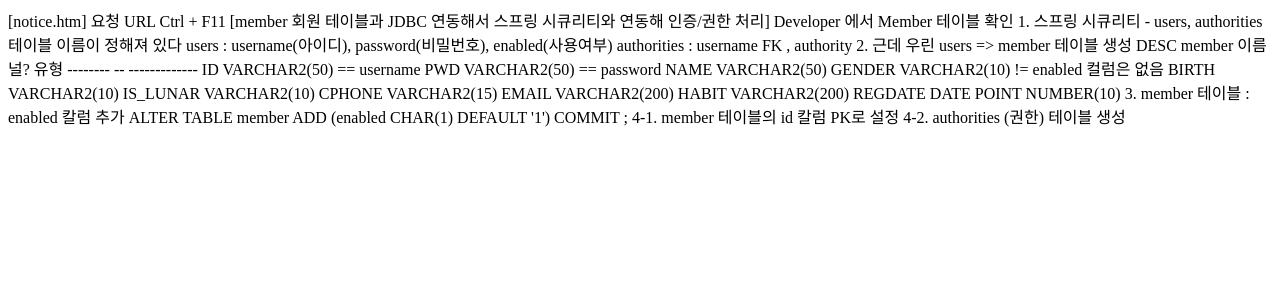
Repository: Vida0822/-
Page: SL11_SECURITY2_JDBC/src/main/webapp/customer/notice.htm
These files come from the project's save history. The page is drawn as it stood at one moment and after the next save; the edit follows.
The browser window is 1280 px wide. The pictures show the whole page.

Above is the page before, as saved 2023-07-05 00:36:21.

### SL11_SECURITY2_JDBC/src/main/webapp/customer/notice.htm
[notice.htm] 요청 URL
Ctrl + F11

[member 회원 테이블과 JDBC 연동해서 스프링 시큐리티와 연동해 인증/권한 처리]

 Developer 에서 Member 테이블 확인

1. 스프링 시큐리티 -  users, authorities 테이블 이름이 정해져 있다

	users : username(아이디), password(비밀번호), enabled(사용여부)
	authorities : username FK , authority


2. 근데 우린 users => member 테이블 생성

DESC member

이름       널? 유형
-------- -- -------------
ID          VARCHAR2(50)  				== username
PWD         VARCHAR2(50)  				== password
NAME        VARCHAR2(50)
GENDER      VARCHAR2(10)  			!= enabled 컬럼은 없음
BIRTH       VARCHAR2(10)
IS_LUNAR    VARCHAR2(10)
CPHONE      VARCHAR2(15)
EMAIL       VARCHAR2(200)
HABIT       VARCHAR2(200)
REGDATE     DATE
POINT       NUMBER(10)

3. member 테이블 : enabled 칼럼 추가
ALTER TABLE member
ADD (enabled CHAR(1) DEFAULT '1')
COMMIT ;

4-1. member 테이블의 id 칼럼 PK로 설정
4-2. authorities (권한) 테이블 생성

After the next save:
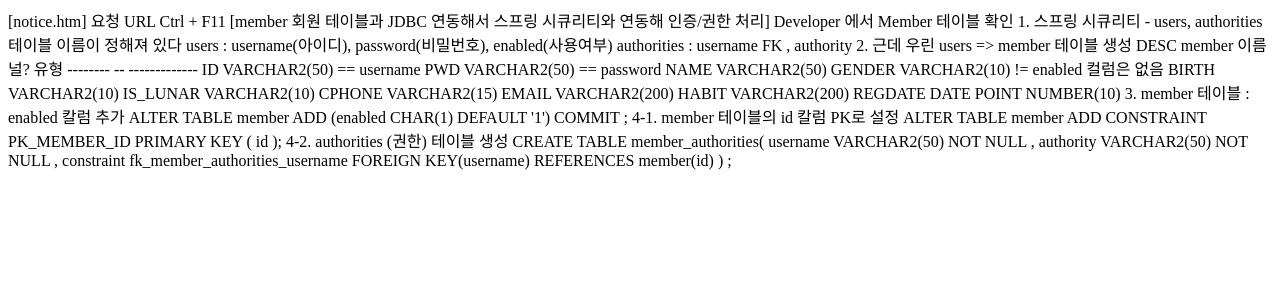
Saved 113 s later.
--- a/SL11_SECURITY2_JDBC/src/main/webapp/customer/notice.htm
+++ b/SL11_SECURITY2_JDBC/src/main/webapp/customer/notice.htm
@@ -35,4 +35,19 @@ ADD (enabled CHAR(1) DEFAULT '1')
 COMMIT ;
 
 4-1. member 테이블의 id 칼럼 PK로 설정
+ALTER TABLE member
+	ADD
+		CONSTRAINT PK_MEMBER_ID
+		PRIMARY KEY (
+			id
+		);
+
 4-2. authorities (권한) 테이블 생성
+
+CREATE TABLE member_authorities(
+    username VARCHAR2(50) NOT NULL
+    , authority VARCHAR2(50) NOT NULL
+    , constraint fk_member_authorities_username
+        FOREIGN KEY(username)
+        REFERENCES member(id)
+) ;
